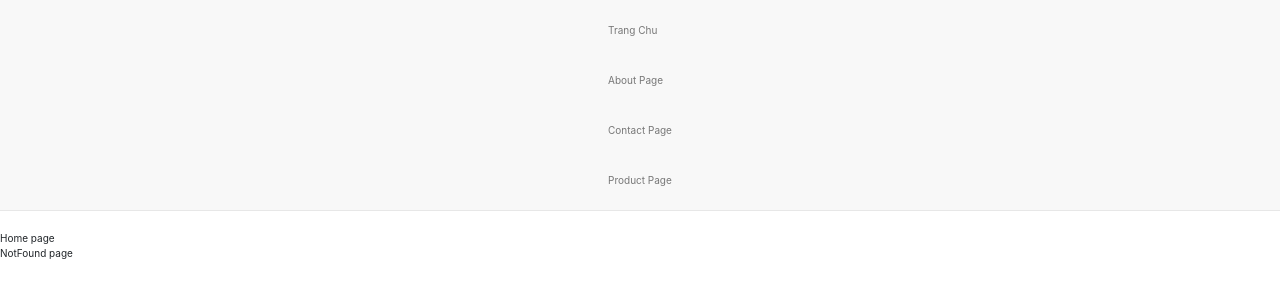
Repository: hntvip/react-route
Page: /products
These files come from the project's save history. The page is drawn as it stood at one moment and after the next save; the edit follows.
The browser window is 1280 px wide. The pictures show the whole page.
The project was rebuilt for these pictures with package versions that can differ from the ones it lists, and the page was loaded fresh each time. Also part of the build but not shown: src/components/About.js, src/components/Contact.js.

Above is the page before, as saved 2019-11-28 11:27:33.

### public/index.html
<!DOCTYPE html>
<html lang="en">
  <head>
    <meta charset="utf-8" />
    <link rel="icon" href="%PUBLIC_URL%/favicon.ico" />
    <meta name="viewport" content="width=device-width, initial-scale=1" />
    <meta name="theme-color" content="#000000" />
    <meta
      name="description"
      content="Web site created using create-react-app"
    />
    <link rel="apple-touch-icon" href="logo192.png" />
    <!--
      manifest.json provides metadata used when your web app is installed on a
      user's mobile device or desktop. See https://developers.google.com/web/fundamentals/web-app-manifest/
    -->
    <link rel="manifest" href="%PUBLIC_URL%/manifest.json" />
    <!--
      Notice the use of %PUBLIC_URL% in the tags above.
      It will be replaced with the URL of the `public` folder during the build.
      Only files inside the `public` folder can be referenced from the HTML.

      Unlike "/favicon.ico" or "favicon.ico", "%PUBLIC_URL%/favicon.ico" will
      work correctly both with client-side routing and a non-root public URL.
      Learn how to configure a non-root public URL by running `npm run build`.
    -->
    <title>React App</title>

    <!-- Latest compiled and minified CSS & JS -->
    <link rel="stylesheet" media="screen" href="//netdna.bootstrapcdn.com/bootstrap/3.3.4/css/bootstrap.min.css">
    <script src="//code.jquery.com/jquery.js"></script>
    <script src="//netdna.bootstrapcdn.com/bootstrap/3.3.4/js/bootstrap.min.js"></script>

  </head>
  <body>
    <noscript>You need to enable JavaScript to run this app.</noscript>
    <div id="root"></div>
    <!--
      This HTML file is a template.
      If you open it directly in the browser, you will see an empty page.

      You can add webfonts, meta tags, or analytics to this file.
      The build step will place the bundled scripts into the <body> tag.

      To begin the development, run `npm start` or `yarn start`.
      To create a production bundle, use `npm run build` or `yarn build`.
    -->
  </body>
</html>

### src/index.js
import React from 'react';
import ReactDOM from 'react-dom';
import './index.css';
import App from './App';
import * as serviceWorker from './serviceWorker';

import '../node_modules/bootstrap/dist/css/bootstrap.css';

ReactDOM.render(<App />, document.getElementById('root'));

// If you want your app to work offline and load faster, you can change
// unregister() to register() below. Note this comes with some pitfalls.
// Learn more about service workers: https://bit.ly/CRA-PWA
serviceWorker.unregister();

### src/App.js
import React, { Component } from 'react';
import { BrowserRouter as Router, Route, Switch, Link} from 'react-router-dom';
import Menu from './components/Menu';
import routes from'./routes';

class App extends Component {
  render(){
    return (
      <Router>
        <div className="App">
          <Menu/>
          {/* Noi Dung */}
            {this.showContentMenus(routes)}
        </div>
      </Router>
    )
  }
  showContentMenus = (routes) => {
    var result = null;
    if( routes.length > 0){
      result = routes.map( (route, index) => {
        return (
          <Route
            key={index}
            path={route.path}
            onlyExactWhenActive={route.exact}
            component={route.main}
          ></Route>
        )
      })
    }
    return result;

  }
}

export default App;

### src/components/Menu.js
import React, { Component } from 'react';
import { Route, Link} from 'react-router-dom';
import routes from './../routes'
const menus = [
  {
    name: "Trang Chu",
    to:"/",
    exact: true
  },{
    name: "About Page",
    to:"/about",
    exact: false
  },{
    name: "Contact Page",
    to:"/contact",
    exact: false
  },{
    name: "Product Page",
    to:"/contact",
    exact: false
  }
]
const MenuLink = ({label, to, activeOnlyWhenExact}) => {
  return (
    <Route path={to} exact={activeOnlyWhenExact} children={({match})=>{
      var active = match ? 'active': 'abc'
      return (
        <li className={active}>
          <Link to={to} className="my-link">{label}</Link>
        </li>
      )
    }}>
    </Route>
  )
}

class Menu extends Component{
  render(){
    return(
      <nav className="navbar navbar-default navbar-fixed-top" role="navigation">
        <ul className="nav navbar-nav">
          { this.showMenus(menus)}
        </ul>
      </nav>
    );
  }

  showMenus = (menus) => {
    var result = null;
    if ( menus.length > 0 ){
      result = menus.map((menu, index) => {
        return (
          <MenuLink to={menu.to}
            key={index}
            label={menu.name}
            activeOnlyWhenExact={menu.exact}
          />
        )
      })
    }
    return result;
  }
}

export default Menu;

### src/routes.js
import React from 'react'

import About from './components/About';
import Home from './components/Home';
import Contact from './components/Contact';
import NotFound from './components/NotFound';

const routes = [
  {
    path:'',
    exact: true,
    main: () => <Home/>
  },
  {
    path:'/about',
    exact: false,
    main: () => <About/>
  },
  {
    path:'/contact',
    exact: false,
    main: () => <Contact/>
  },
  {
    title: 'NotFound Page',
    path:'*',
    exact: false,
    main: () => <NotFound/>
  }
]

export default routes;

### src/components/Home.js
import React from 'react';

function Home() {
  return (
    <div>Home page</div>
  );
}

export default Home;

### src/components/NotFound.js
import React from 'react';

function NotFound() {
  return (
    <div>NotFound page</div>
  );
}

export default NotFound;

Loaded but not shown: src/index.css (common file); src/serviceWorker.js (common file)

After the next save:
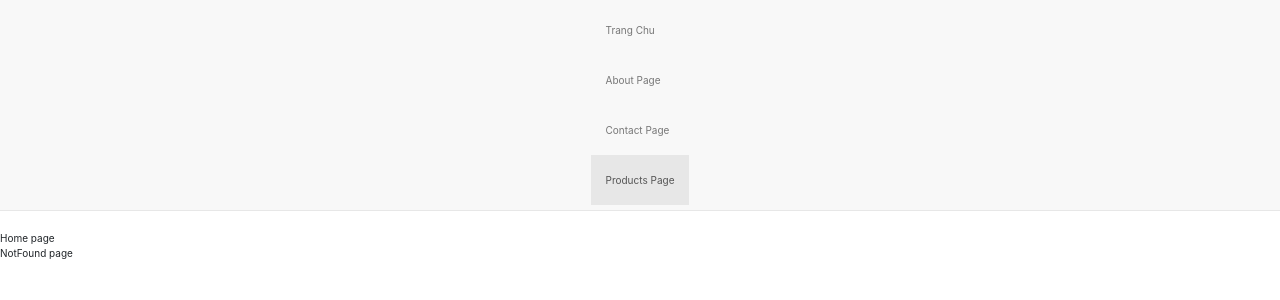
Saved 5 s later.
--- a/src/components/Menu.js
+++ b/src/components/Menu.js
@@ -15,8 +15,8 @@ const menus = [
     to:"/contact",
     exact: false
   },{
-    name: "Product Page",
-    to:"/contact",
+    name: "Products Page",
+    to:"/products",
     exact: false
   }
 ]
